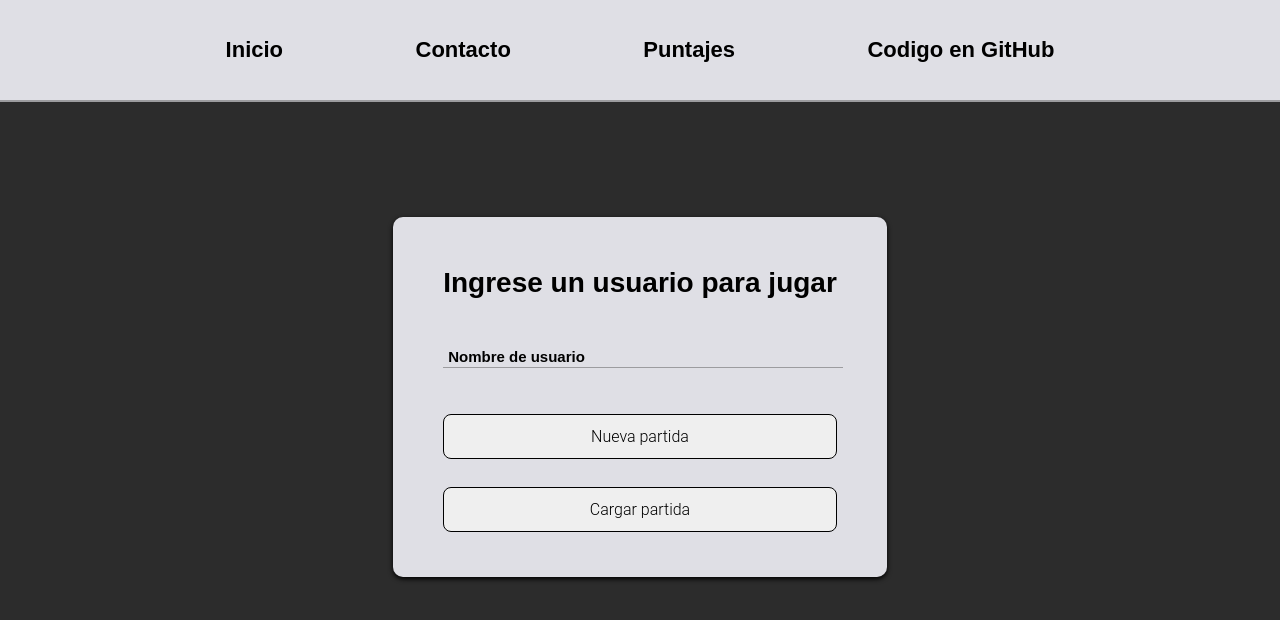
Repository: FacundoKinderknecht/FacundoKinderknecht_Wordle_Game_LPPA
Page: index.html
An editor plug-in stored every save of this project. The page is shown before and after the next save, followed by the edit.
The browser window is 1280 px wide. The pictures show the whole page.

Above is the page before, as saved 2023-08-08 09:52:50.

After the next save:
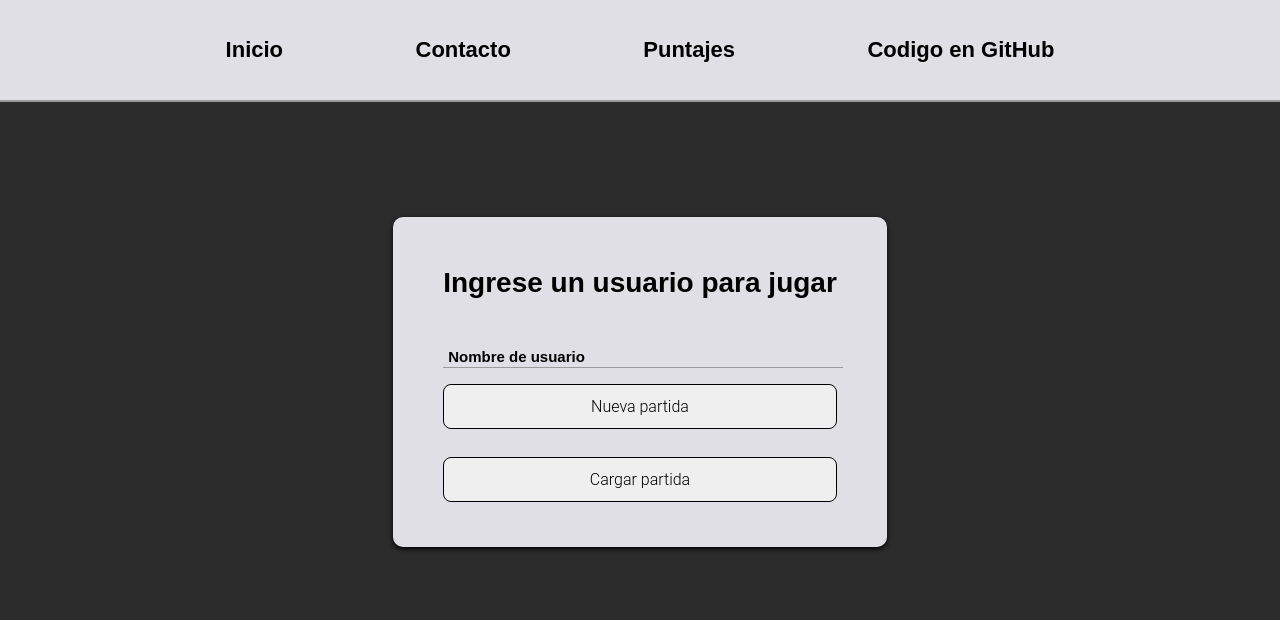
Saved 12 s later.
--- a/css/index.css
+++ b/css/index.css
@@ -25,7 +25,7 @@
 .form-login{
     width: 100%;
     position: relative;
-    margin-bottom: 30px;
+    margin-top: 30px;
 }
 
 .form-txt{

After the save that followed:
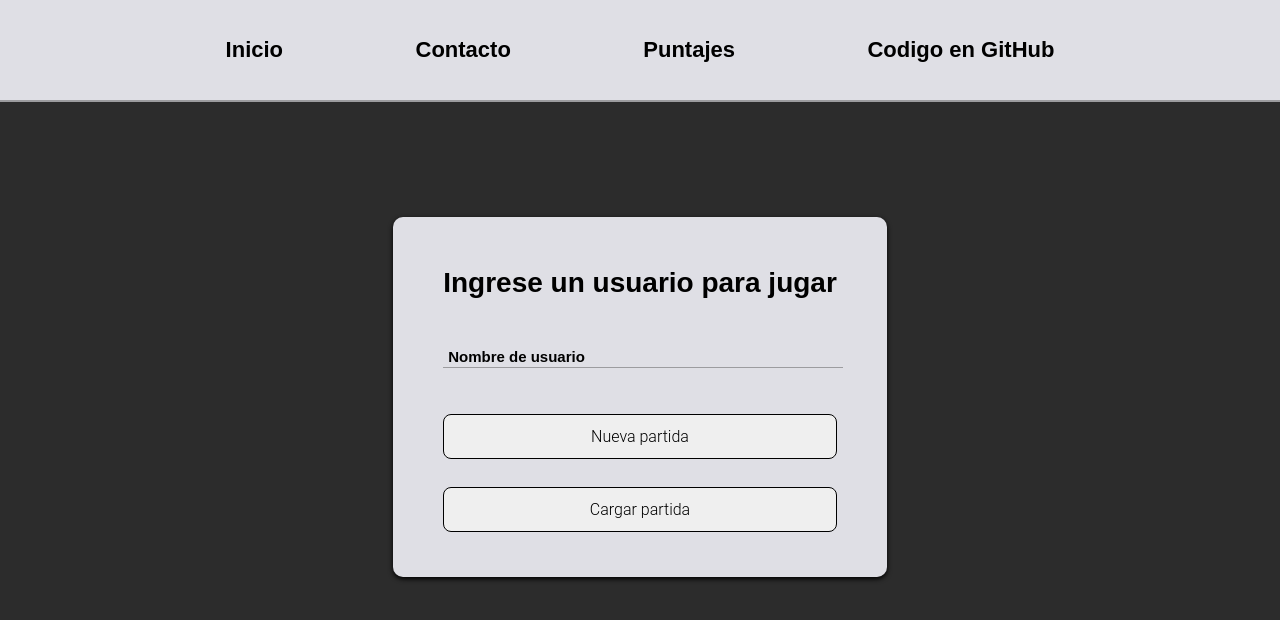
Saved 5 s later.
--- a/css/index.css
+++ b/css/index.css
@@ -25,7 +25,7 @@
 .form-login{
     width: 100%;
     position: relative;
-    margin-top: 30px;
+    margin-bottom: 30px;
 }
 
 .form-txt{
